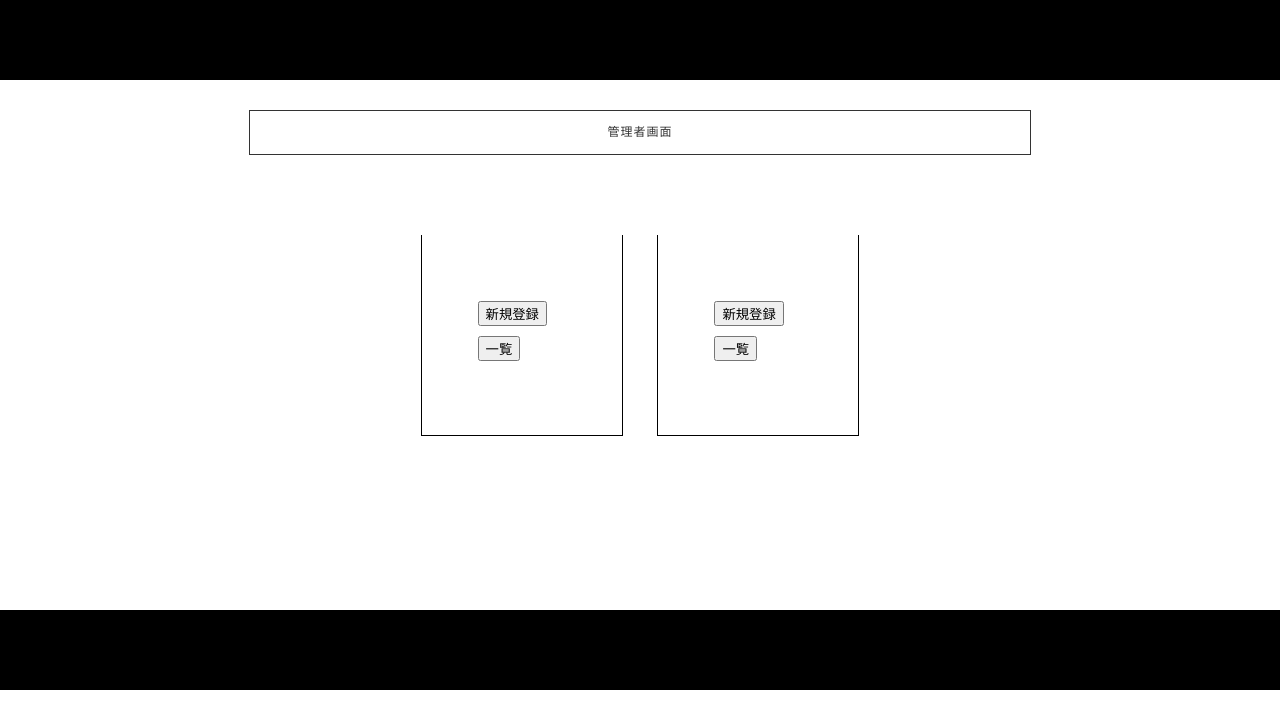
Repository: hiraide8/test
Page: http://localhost/ecsite/admin.jsp
These files come from the project's save history. The page is drawn as it stood at one moment and after the next save; the edit follows.
The browser window is 1280 px wide. The pictures show the whole page.
The page is served by Tomcat 9.

Above is the page before, as saved 2019-01-23 11:44:00.

After the next save:
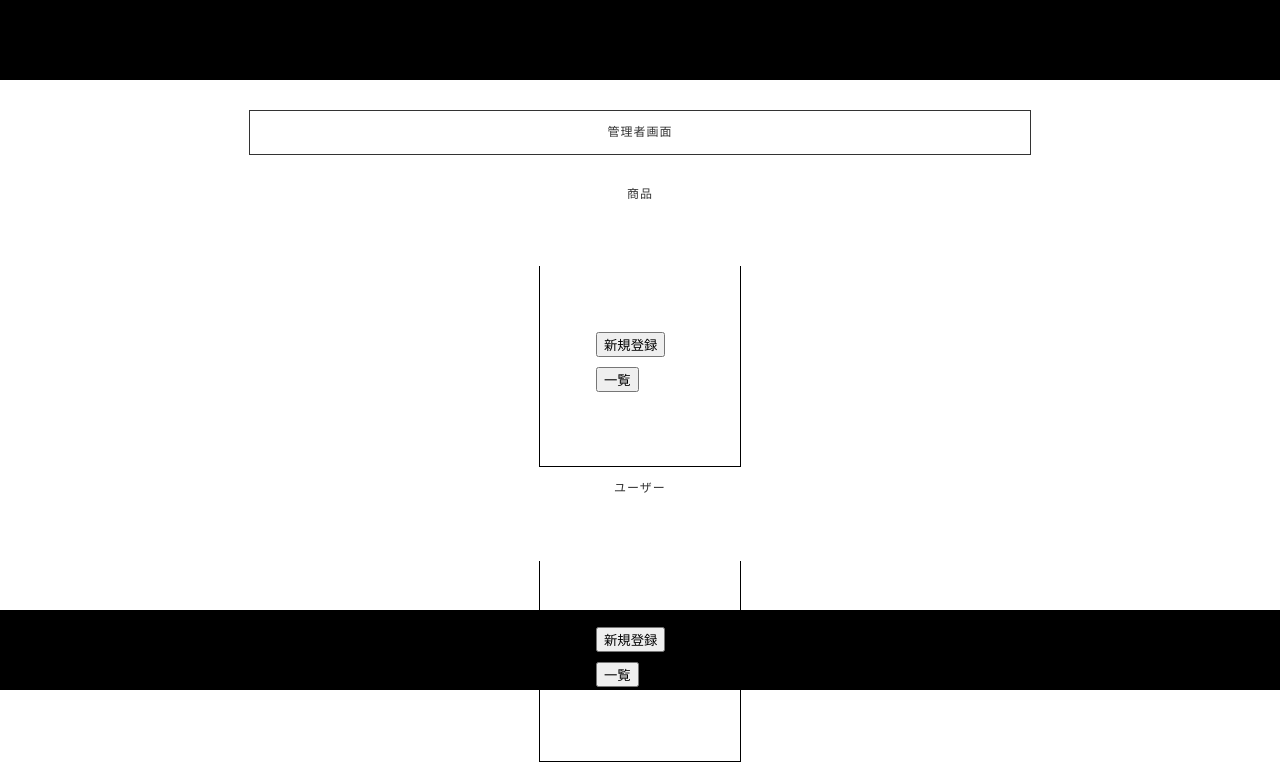
Saved 110 s later.
--- a/ecsite/WebContent/admin.jsp
+++ b/ecsite/WebContent/admin.jsp
@@ -74,6 +74,7 @@
                <div id="top">
                        <p>管理者画面</p>
                </div>
+               <p>商品</p>
                <div class="aaa">
                        <table>
                        <tr>
@@ -92,6 +93,7 @@
                        </tr>
                        </table>
                </div>
+               <p>ユーザー</p>
                <div class="aaa">
                        <table>
                        <tr>
